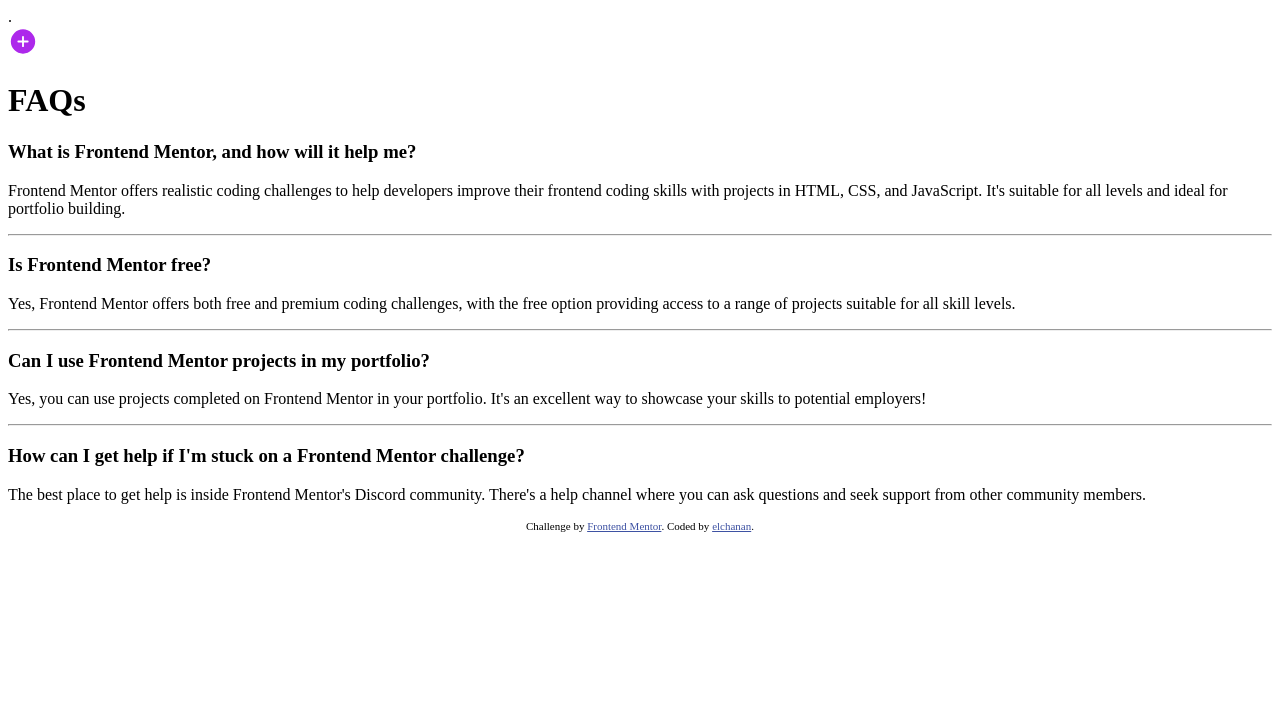
Repository: elchananChen/frontend-mentor-projects
Page: 2024/10/faQs/index.html
An editor plug-in stored every save of this project. The page is shown before and after the next save, followed by the edit.
The browser window is 1280 px wide. The pictures show the whole page.

Above is the page before, as saved 2024-10-13 00:18:42.

After the next save:
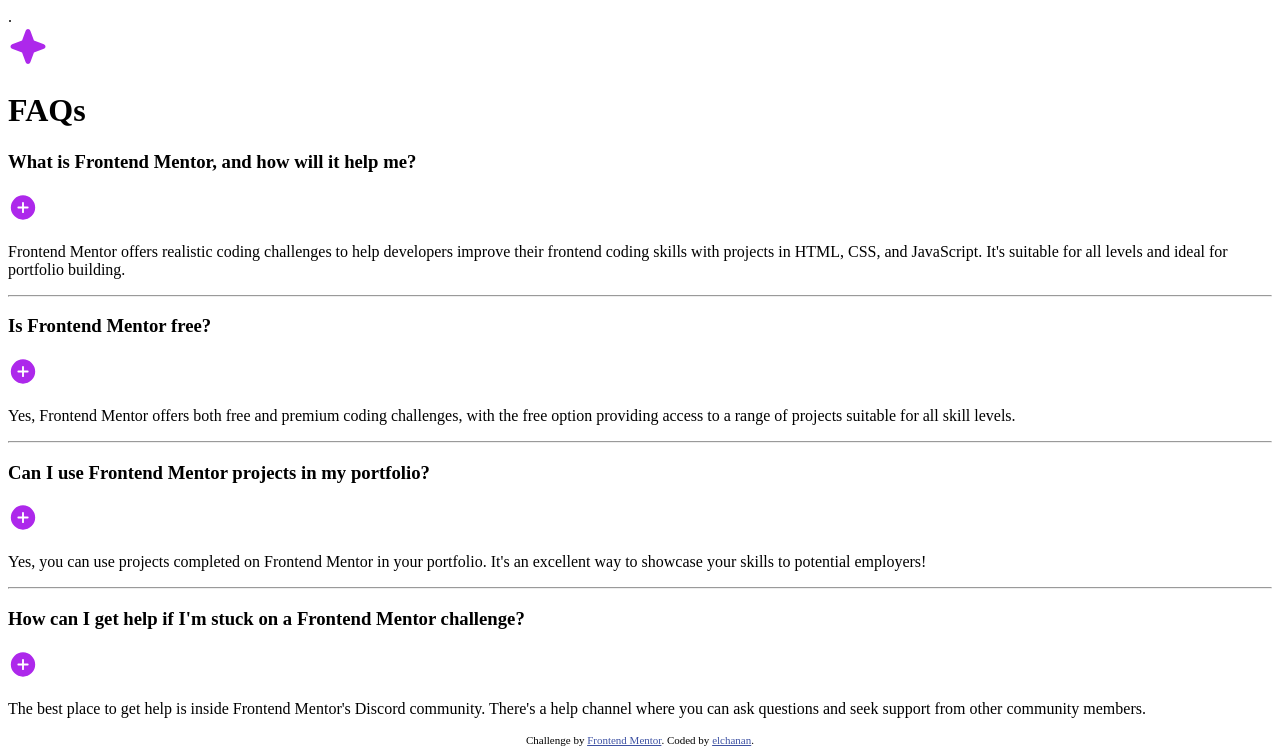
Saved 2 min 23 s later.
--- a/2024/10/faQs/index.html
+++ b/2024/10/faQs/index.html
@@ -27,20 +27,21 @@
   </head>
   <body>
     <header>
-      <div><img src="./assets/images/icon-plus.svg" alt="" /></div>
+      <div><img src="./assets/images/icon-star.svg" alt="" /></div>
       <h1>FAQs</h1>
     </header>
     <main>
       <h3>What is Frontend Mentor, and how will it help me?</h3>
+      <div><img src="./assets/images/icon-plus.svg" alt="" /></div>
       <p>
         Frontend Mentor offers realistic coding challenges to help developers
         improve their frontend coding skills with projects in HTML, CSS, and
         JavaScript. It's suitable for all levels and ideal for portfolio
         building.
       </p>
-
       <hr />
       <h3>Is Frontend Mentor free?</h3>
+      <div><img src="./assets/images/icon-plus.svg" alt="" /></div>
       <p>
         Yes, Frontend Mentor offers both free and premium coding challenges,
         with the free option providing access to a range of projects suitable
@@ -48,6 +49,7 @@
       </p>
       <hr />
       <h3>Can I use Frontend Mentor projects in my portfolio?</h3>
+      <div><img src="./assets/images/icon-plus.svg" alt="" /></div>
       <p>
         Yes, you can use projects completed on Frontend Mentor in your
         portfolio. It's an excellent way to showcase your skills to potential
@@ -55,6 +57,7 @@
       </p>
       <hr />
       <h3>How can I get help if I'm stuck on a Frontend Mentor challenge?</h3>
+      <div><img src="./assets/images/icon-plus.svg" alt="" /></div>
       <p>
         The best place to get help is inside Frontend Mentor's Discord
         community. There's a help channel where you can ask questions and seek
